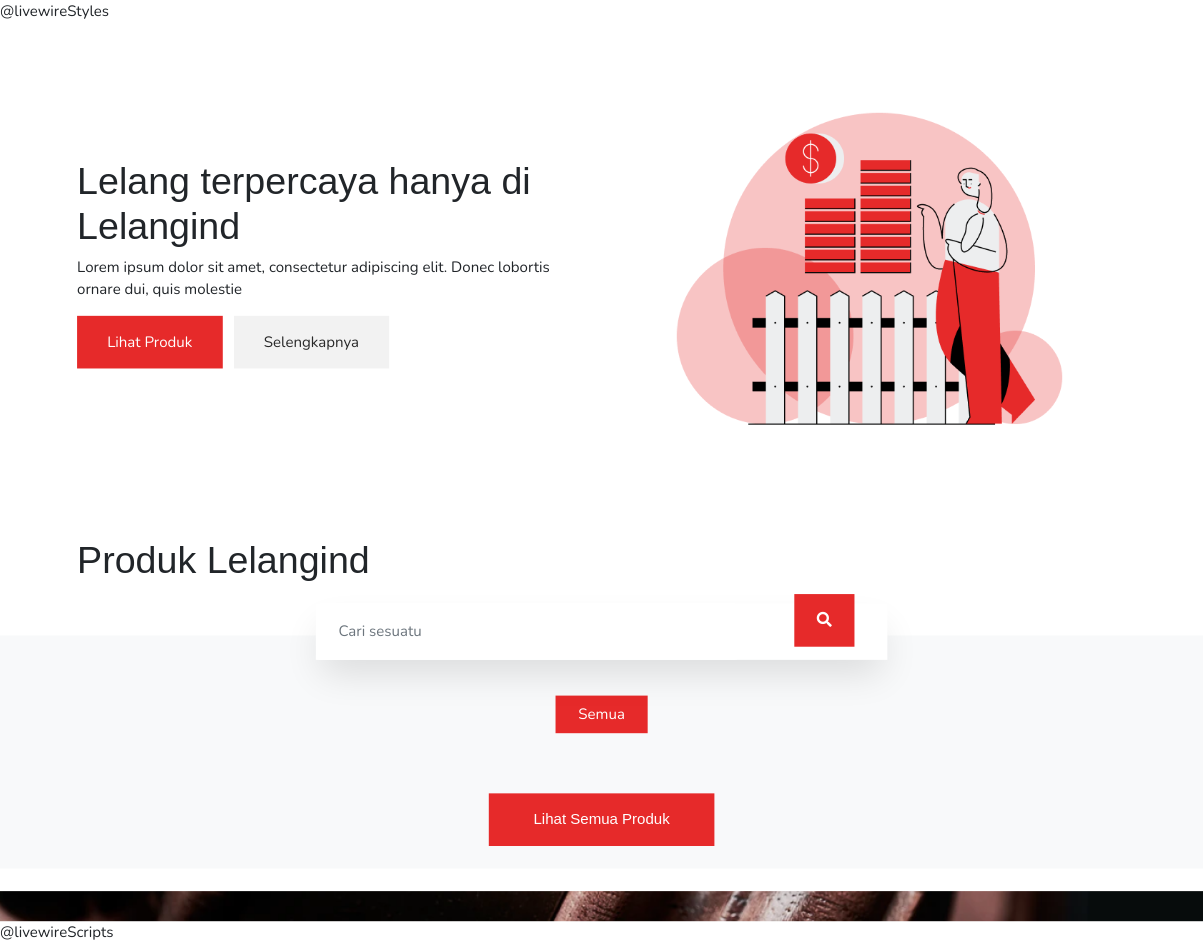
Repository: khulqu15/lelangyuk
Page: http://localhost/
These files come from the project's save history. The page is drawn as it stood at one moment and after the next save; the edit follows.
The browser window is 1280 px wide. The pictures show the whole page, at 94% of full size.
Backgrounds fixed to the window are drawn as part of the page. Some web fonts or font styles are not loaded; a fallback is used. The page is served by the project's Laravel application, run on PHP 8.4 with Laravel 8. Other server files are loaded and not shown. Queries for data that is not in the repository find no rows.

Above is the page before, as saved 2021-02-15 15:58:18.

### routes/web.php
<?php

use App\Http\Controllers\PageController;
use App\Http\Livewire\Page\Home;
use Illuminate\Support\Facades\Route;

/*
|--------------------------------------------------------------------------
| Web Routes
|--------------------------------------------------------------------------
|
| Here is where you can register web routes for your application. These
| routes are loaded by the RouteServiceProvider within a group which
| contains the "web" middleware group. Now create something great!
|
*/

Route::get('/', [PageController::class, 'home'])->name('home');

Route::get('home', [Home::class, 'render']);

Route::middleware(['auth:sanctum', 'verified'])->get('/dashboard', function () {
    return view('dashboard');
})->name('dashboard');

### app/Http/Controllers/PageController.php
<?php

namespace App\Http\Controllers;

use App\Models\CategoryProduct;
use App\Models\Product;
use Illuminate\Http\Request;

class PageController extends Controller
{
    public $product;
    public $ctr;

    public function __construct(Product $product, CategoryProduct $category)
    {
        $this->ctr = $category;
        $this->product = $product;
    }

    public function home(Request $request)
    {
        $query = $this->product->query();
        $product = $query->with('Category');
        if($request->get('name')) {
            $products = $query->where('name', 'LIKE', "%".$request->get('name')."%");
        }
        if($request->get('category')) {
            $products = $query->where('category_id', $request->get('category'));
        }
        $products = $query->paginate(6);
        $categories = $this->ctr->paginate(4);
        return view('welcome', compact('products', 'categories'));
    }

    public function products(Request $request)
    {

    }

    public function product(Request $request)
    {

    }
}

### app/Http/Controllers/Controller.php
<?php

namespace App\Http\Controllers;

use GuzzleHttp\Exception\ClientException;
use Illuminate\Foundation\Auth\Access\AuthorizesRequests;
use Illuminate\Foundation\Bus\DispatchesJobs;
use Illuminate\Foundation\Validation\ValidatesRequests;
use Illuminate\Routing\Controller as BaseController;

class Controller extends BaseController
{
    use AuthorizesRequests, DispatchesJobs, ValidatesRequests;

    public function onSuccess($dataType, $data, $requestType = null)
    {
        if($requestType != null) {
            return response()->json([
                'status' => "$dataType $requestType",
                'code' => '200',
                'data' => $data
            ]);
        }
        if($data == null) {
            return response()->json([
                'status' => "$dataType Not Found",
                'code' => '404',
                'message' => "Data $dataType belum ada",
                'data' => $data
            ]);
        }
        return response()->json([
            'status' => "$dataType Founded",
            'code' => '200',
            'message' => "Data $dataType ditemukan",
            'data' => $data
        ]);
    }

    public function onError(\Exception $e)
    {
        if($e instanceof ClientException) {
            $nException = json_decode($e->getResponse()->getBody()->getContents(), true);
            if($nException) {
                $e = new \Exception($nException['reason'], $nException['code']);
            }
        }
        $exceptions = [
            'status' => 'Failed Error',
            'code' => $e->getCode(),
            'error' => $e->getMessage(),
        ];
        return response()->json($exceptions);
    }
}

### app/Models/Product.php
<?php

namespace App\Models;

use Illuminate\Database\Eloquent\Factories\HasFactory;
use Illuminate\Database\Eloquent\Model;

class Product extends Model
{
    use HasFactory;

    protected $table = 'products';

    protected $fillable = ['name', 'close', 'price', 'picture', 'description', 'category_id'];

    public function Category()
    {
        return $this->belongsTo(CategoryProduct::class, 'category_id');
    }
}

### app/Models/CategoryProduct.php
<?php

namespace App\Models;

use Illuminate\Database\Eloquent\Factories\HasFactory;
use Illuminate\Database\Eloquent\Model;

class CategoryProduct extends Model
{
    use HasFactory;

    protected $table = 'category_products';

    protected $fillable = ['name'];

    public function Product()
    {
        return $this->hasMany(Product::class, 'category_id');
    }
}

### resources/views/welcome.blade.php
@extends('layouts.general')

@section('title', 'Beranda')

@section('content')

<div class="container py-5">
    <div class="row pt-5 pb-4">
        <div class="col-md-6 pt-5">
            <h1 class="viga">Lelang terpercaya hanya di Lelangind</h1>
            <p>Lorem ipsum dolor sit amet, consectetur adipiscing elit. Donec lobortis ornare dui, quis molestie </p>
            <button class="btn btnm-primary">Lihat Produk</button>
            <button class="btn btnm-light mx-2">Selengkapnya</button>
        </div>
        <div class="col-md-6 py-md-0 py-4 text-center">
            <img src="{{ asset('img/illust/home.png') }}" class="w-75" alt="">
        </div>
    </div>
</div>

<div class="container mt-5">
    <div class="row">
        <div class="col-md-12">
            <h1 class="viga">Produk Lelangind</h1>
        </div>
    </div>
</div>

<div class="container-fluid mt-5 pt-3 bg-light">
    <div class="container">
        <div class="row">
            <div class="col-md-8 offset-md-2 text-center position-relative">
                <div class="input-search-home">
                    <form action="{{ route('home') }}" method="GET">
                        <div class="row">
                            <div class="col-9">
                                <input value="{{ request()->get('name') == null ? null : request()->get('name') }}"
                                type="text" name="name" placeholder="Cari sesuatu" class="form-control px-4 border-0">
                            </div>
                            <div class="col-3">
                                @if (Request::get('name') == null)
                                    <button type="submit" class="btn btnm-primary px-4">
                                        <i class="fas fa-search"></i>
                                    </button>
                                @else
                                    <a href="{{ route('home') }}" type="button" class="btn btnm-light px-4">
                                        <i class="fas fa-undo"></i>
                                    </a>
                                @endif
                            </div>
                        </div>
                    </form>
                </div>
                <div class="pt-5 pb-3">
                    <a href="{{ route('home') }}" class="btn {{ request()->get('category') == null ? 'btnm-primary' : 'btnm-light' }} btnm-primary my-md-0 my-2 mx-2 px-4 py-2">Semua</a>
                    @foreach ($categories as $category)
                        <a href="{{ route('home', ['category' => $category->id]) }}"
                        class="btn {{ request()->get('category') == $category->id ? 'btnm-primary' : 'btnm-light' }} my-md-0 my-2 mx-2 px-4 py-2">{{ $category->name }}</a>
                    @endforeach
                </div>
            </div>
        </div>
        <div class="row my-4">
            @foreach ($products as $product)
            <div class="col-md-4 col-sm-6 my-2">
                <div class="card card-product border-0 cursor-point mb-4">
                    <div class="image">
                        <img src="{{ asset('img/product/'.$product->picture) }}" class="w-100 image-fit-card" alt="Produk">
                    </div>
                    <div class="body p-4">
                        <h4 class="viga">{{ $product->name }}</h4>
                        <div>
                            <div class="line-category"></div>
                            <p class="mb-0 d-inline-block textm-gray position-relative" style="top: 3px">{{ $product->category->name }}</p>
                        </div>
                        <div class="mt-4">
                            <h5 class="viga textm-primary">Rp {{ number_format($product->price) }},-</h5>
                        </div>
                        <button class="btn viga btnm-primary py-3 px-5 position-absolute" style="right:0; bottom: -16px">Lebih Detail</button>
                    </div>
                </div>
            </div>
            @endforeach
            <div class="col-12 text-center py-4">
                <button class="btn btnm-primary px-5 py-3 viga">Lihat Semua Produk</button>
            </div>
        </div>
    </div>
</div>

<div class="container-fluid py-3 bg-hammer-bottom">
    <div class="row">
        <div class="col-md-8 offset-md-2 text-center">

        </div>
    </div>
</div>

@endsection

### resources/views/layouts/general.blade.php
<!DOCTYPE html>
<html lang="{{ str_replace('_', '-', app()->getLocale()) }}">
    <head>
        <meta charset="utf-8">
        <meta name="viewport" content="width=device-width, initial-scale=1">

        <title>Lelangind | @yield('title')</title>

        <link rel="shortcut icon" href="{{ asset('img/logo.png') }}" type="image/x-icon">

        <!-- Fonts -->
        <link href="https://fonts.googleapis.com/css2?family=Nunito:wght@400;600;700&display=swap" rel="stylesheet">
        <link href="https://fonts.googleapis.com/css2?family=Viga:wght@400;600;700&display=swap" rel="stylesheet">

        {{-- Scripts --}}
        <script src="{{ asset('js/jquery-3.5.1.min.js') }}"></script>
        <script src="{{ asset('js/bootstrap.min.js') }}"></script>
        <script src="{{ asset('js/all.min.js') }}"></script>
        <script src="{{ asset('js/fontawesome.min.js') }}"></script>

        @yield('asset')

        <!-- Styles -->
        <link rel="stylesheet" href="{{ asset('css/bootstrap.min.css') }}">
        <link rel="stylesheet" href="{{ asset('css/all.min.css') }}">
        <link rel="stylesheet" href="{{ asset('css/fontawesome.min.css') }}">
        <link rel="stylesheet" href="{{ asset('css/style.css') }}">
        <style>
            /*! normalize.css v8.0.1 | MIT License | github.com/necolas/normalize.css */html{line-height:1.15;-webkit-text-size-adjust:100%}body{margin:0}a{background-color:transparent}[hidden]{display:none}html{font-family:system-ui,-apple-system,BlinkMacSystemFont,Segoe UI,Roboto,Helvetica Neue,Arial,Noto Sans,sans-serif,Apple Color Emoji,Segoe UI Emoji,Segoe UI Symbol,Noto Color Emoji;line-height:1.5}*,:after,:before{box-sizing:border-box;border:0 solid #e2e8f0}a{color:inherit;text-decoration:inherit}svg,video{display:block;vertical-align:middle}video{max-width:100%;height:auto}.bg-white{--bg-opacity:1;background-color:#fff;background-color:rgba(255,255,255,var(--bg-opacity))}.bg-gray-100{--bg-opacity:1;background-color:#f7fafc;background-color:rgba(247,250,252,var(--bg-opacity))}.border-gray-200{--border-opacity:1;border-color:#edf2f7;border-color:rgba(237,242,247,var(--border-opacity))}.border-t{border-top-width:1px}.flex{display:flex}.grid{display:grid}.hidden{display:none}.items-center{align-items:center}.justify-center{justify-content:center}.font-semibold{font-weight:600}.h-5{height:1.25rem}.h-8{height:2rem}.h-16{height:4rem}.text-sm{font-size:.875rem}.text-lg{font-size:1.125rem}.leading-7{line-height:1.75rem}.mx-auto{margin-left:auto;margin-right:auto}.ml-1{margin-left:.25rem}.mt-2{margin-top:.5rem}.mr-2{margin-right:.5rem}.ml-2{margin-left:.5rem}.mt-4{margin-top:1rem}.ml-4{margin-left:1rem}.mt-8{margin-top:2rem}.ml-12{margin-left:3rem}.-mt-px{margin-top:-1px}.max-w-6xl{max-width:72rem}.min-h-screen{min-height:100vh}.overflow-hidden{overflow:hidden}.p-6{padding:1.5rem}.py-4{padding-top:1rem;padding-bottom:1rem}.px-6{padding-left:1.5rem;padding-right:1.5rem}.pt-8{padding-top:2rem}.fixed{position:fixed}.relative{position:relative}.top-0{top:0}.right-0{right:0}.shadow{box-shadow:0 1px 3px 0 rgba(0,0,0,.1),0 1px 2px 0 rgba(0,0,0,.06)}.text-center{text-align:center}.text-gray-200{--text-opacity:1;color:#edf2f7;color:rgba(237,242,247,var(--text-opacity))}.text-gray-300{--text-opacity:1;color:#e2e8f0;color:rgba(226,232,240,var(--text-opacity))}.text-gray-400{--text-opacity:1;color:#cbd5e0;color:rgba(203,213,224,var(--text-opacity))}.text-gray-500{--text-opacity:1;color:#a0aec0;color:rgba(160,174,192,var(--text-opacity))}.text-gray-600{--text-opacity:1;color:#718096;color:rgba(113,128,150,var(--text-opacity))}.text-gray-700{--text-opacity:1;color:#4a5568;color:rgba(74,85,104,var(--text-opacity))}.text-gray-900{--text-opacity:1;color:#1a202c;color:rgba(26,32,44,var(--text-opacity))}.underline{text-decoration:underline}.antialiased{-webkit-font-smoothing:antialiased;-moz-osx-font-smoothing:grayscale}.w-5{width:1.25rem}.w-8{width:2rem}.w-auto{width:auto}.grid-cols-1{grid-template-columns:repeat(1,minmax(0,1fr))}@media (min-width:640px){.sm\:rounded-lg{border-radius:.5rem}.sm\:block{display:block}.sm\:items-center{align-items:center}.sm\:justify-start{justify-content:flex-start}.sm\:justify-between{justify-content:space-between}.sm\:h-20{height:5rem}.sm\:ml-0{margin-left:0}.sm\:px-6{padding-left:1.5rem;padding-right:1.5rem}.sm\:pt-0{padding-top:0}.sm\:text-left{text-align:left}.sm\:text-right{text-align:right}}@media (min-width:768px){.md\:border-t-0{border-top-width:0}.md\:border-l{border-left-width:1px}.md\:grid-cols-2{grid-template-columns:repeat(2,minmax(0,1fr))}}@media (min-width:1024px){.lg\:px-8{padding-left:2rem;padding-right:2rem}}@media (prefers-color-scheme:dark){.dark\:bg-gray-800{--bg-opacity:1;background-color:#2d3748;background-color:rgba(45,55,72,var(--bg-opacity))}.dark\:bg-gray-900{--bg-opacity:1;background-color:#1a202c;background-color:rgba(26,32,44,var(--bg-opacity))}.dark\:border-gray-700{--border-opacity:1;border-color:#4a5568;border-color:rgba(74,85,104,var(--border-opacity))}.dark\:text-white{--text-opacity:1;color:#fff;color:rgba(255,255,255,var(--text-opacity))}.dark\:text-gray-400{--text-opacity:1;color:#cbd5e0;color:rgba(203,213,224,var(--text-opacity))}}
        </style>

        <style>
            body {
                font-family: 'Nunito';
            }
        </style>
        @livewireStyles
    </head>
    <body class="antialiased">

        @yield('content')

    @livewireScripts
    </body>
</html>

### public/css/style.css
.viga {
    font-family: 'Viga', sans-serif;
}
.bgm-primary {
    background-color: #E62A2A !important;
}
.btnm-primary {
    border: none;
    border-radius: 0px !important;
    transition: all .3s ease-in-out;
    background-color: #E62A2A !important;
    padding: 1rem 2rem;
    color: white;
}
.cursor-point {
    cursor: pointer;
}
.btnm-primary:hover {
    color: white !important;
    background-color: #c01c1c !important;
}
.btnm-light {
    border: none;
    border-radius: 0px !important;
    transition: all .3s ease-in-out;
    background-color: #f2f2f2 !important;
    padding: 1rem 2rem;
    color: #292929;
}
.btnm-light:hover {
    color: #292929 !important;
    background-color: #c2c2c2 !important;
}
.textm-primary {
    color: #E62A2A !important;
}
.textm-gray {
    color: gray !important;
}

.input-search-home {
    width: 80%;
    position: absolute;
    left: 10%;
    height: 60px;
    box-shadow: 0px 20px 40px -6px rgba(0, 0, 0, 0.12);
    top: -50px;
    background-color: white;
}
.input-search-home input {
    height: 60px;
}
.input-search-home button,
.input-search-home a {
    position: relative;
    top: -10px;
}


.card-product {
    width: 100%;
    transition: all .3s ease-in-out;
    height: 370px;
    background-color: white;
}
.card-product:hover {
    box-shadow: 12px 24px 48px rgba(0, 0, 0, 0.09);
}
.card-product .image {
    width: 100%;
    height: 170px;
    background-color: #f36c6c;
    overflow: hidden;
}
.card-product .image img {
    transition: all .3s ease-in-out;
}
.card-product .image:hover img {
    transform: scale(1.1);
    opacity: .6;
}
.image-fit-card {
    width: 100%;
    height: 100%;
    object-fit: cover !important;
}
.card-product .line-category {
    display: inline-block;
    width: 20px;
    height: 3px;
    background-color: gray;
}

.bg-hammer-bottom {
    background: url('../img/wallpaper/hammer.png');
    background-attachment: fixed;
    background-position: center;
    background-size: cover;
}

Loaded but not shown: public/js/jquery-3.5.1.min.js (library); public/js/bootstrap.min.js (library); public/js/fontawesome.min.js (library); public/css/bootstrap.min.css (library); public/css/all.min.css (library); public/css/fontawesome.min.css (library)

After the next save:
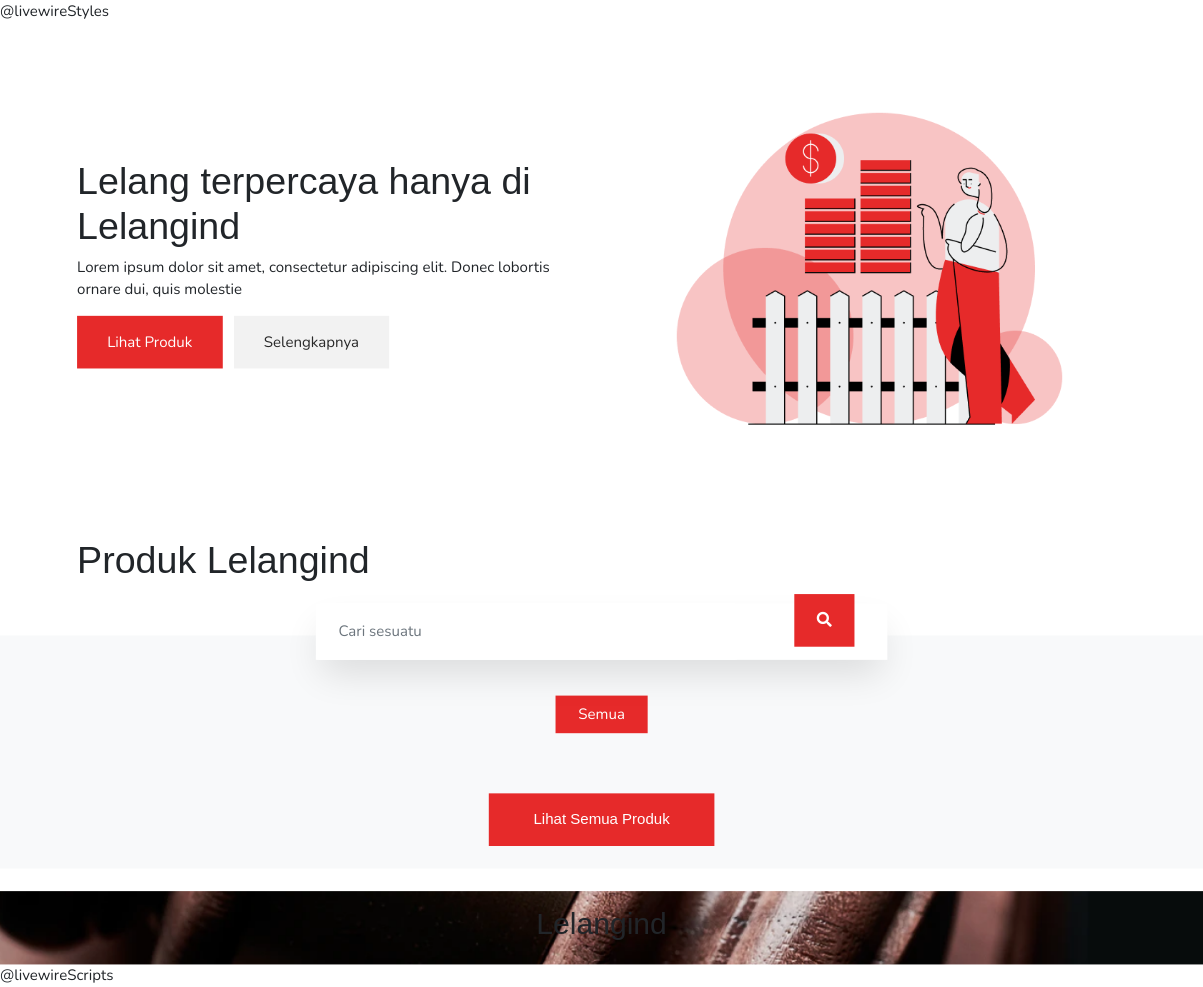
Saved 14 s later.
--- a/resources/views/welcome.blade.php
+++ b/resources/views/welcome.blade.php
@@ -91,7 +91,7 @@
 <div class="container-fluid py-3 bg-hammer-bottom">
     <div class="row">
         <div class="col-md-8 offset-md-2 text-center">
-
+            <h2 class="viga">Lelangind</h2>
         </div>
     </div>
 </div>
